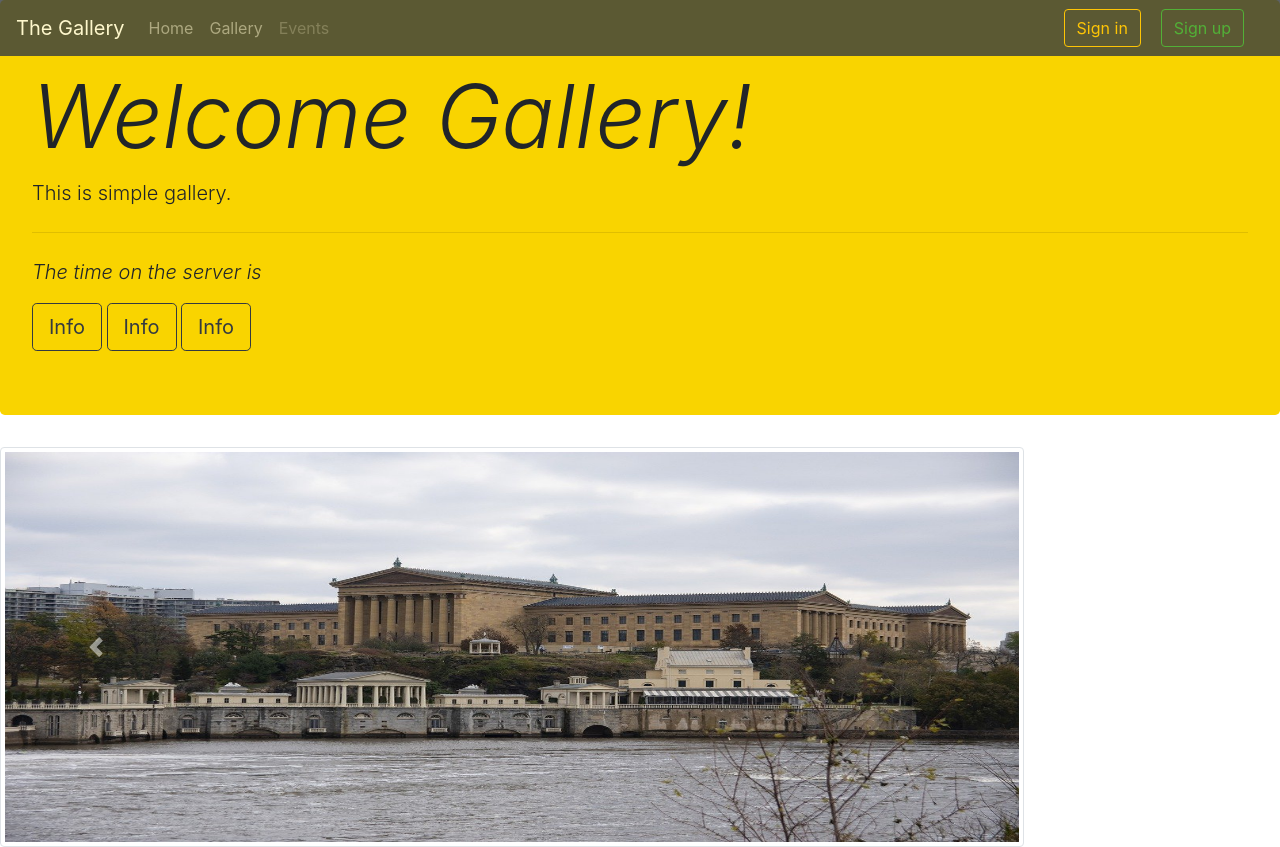
Repository: caramelsyrup/SpringProject1
Page: http://localhost/gallery/WEB-INF/views/home.jsp
An editor plug-in stored every save of this project. The page is shown before and after the next save, followed by the edit.
The browser window is 1280 px wide. The pictures show the whole page.
The page is served by Tomcat 9. Nobody is signed in. The template is opened directly, without the code that normally fills it, so the values that code supplies are empty.

Above is the page before, as saved 2020-11-21 12:44:50.

After the next save:
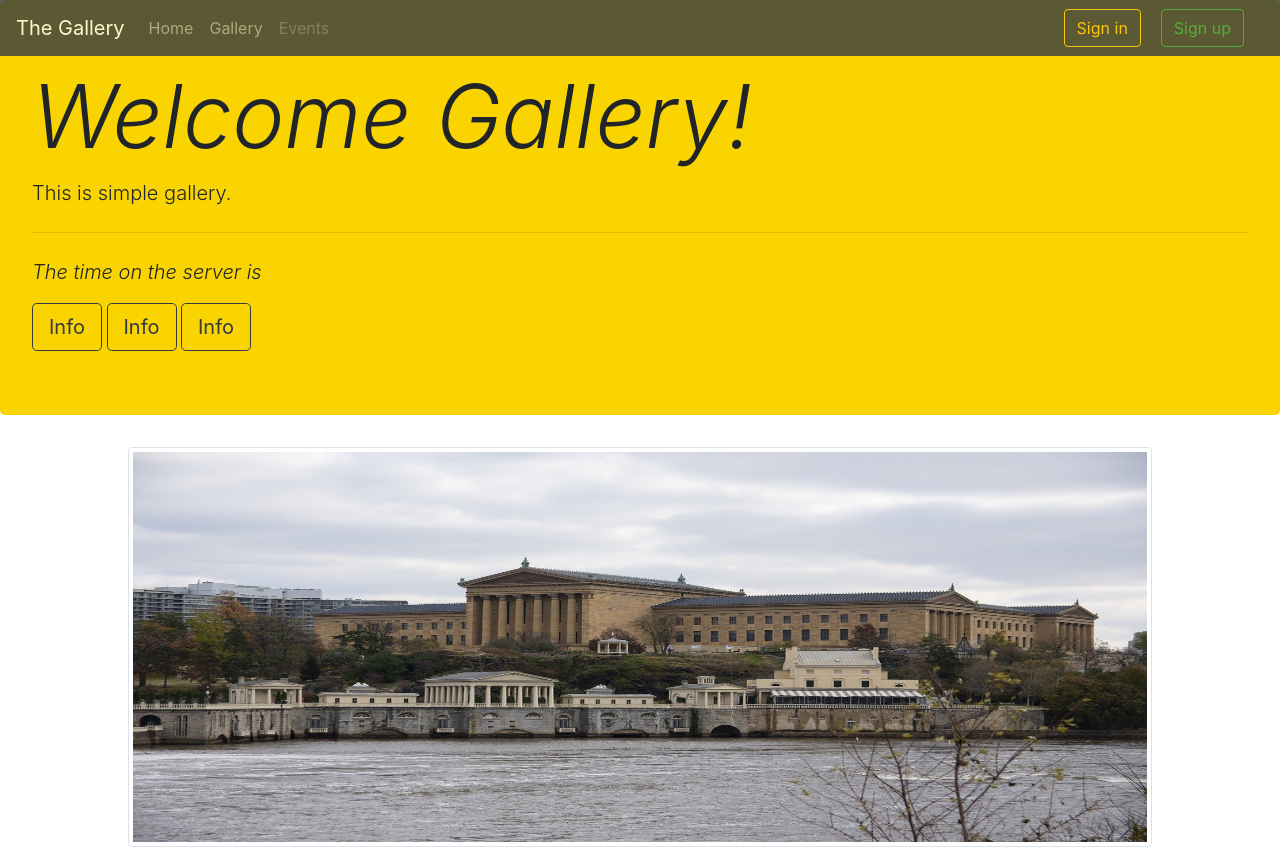
Saved 80 s later.
--- a/gallery/src/main/webapp/WEB-INF/views/home.jsp
+++ b/gallery/src/main/webapp/WEB-INF/views/home.jsp
@@ -30,7 +30,7 @@
 <!-- carousel -->
 <div id="carouselExampleControls" class="carousel slide" data-ride="carousel">
   <div class="carousel-inner">
-    <div class="carousel-item active">
+    <div class="carousel-item active" align="center">
       <img src="/resources/img/philadelphia-5149807_1280.jpg" class="img-thumbnail" style="height:400px; width: 80%; " alt="home">
     </div>
     <c:forEach items="${glist}" var="gd">
